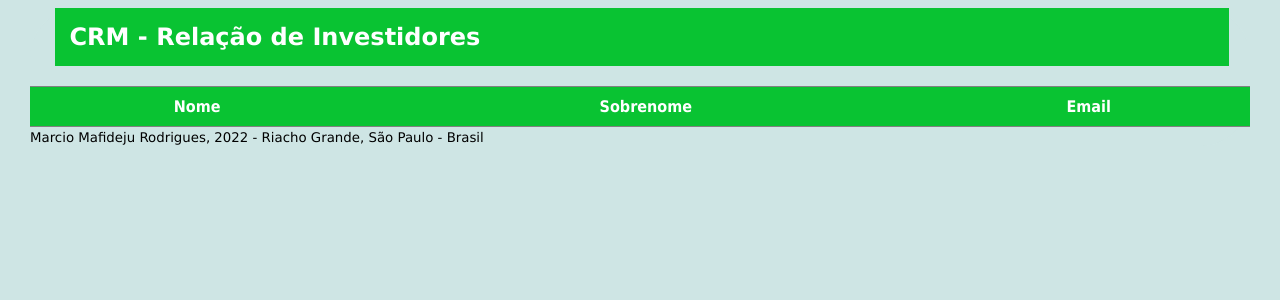
Repository: mafideju/CustomerTracker
Page: http://localhost/web-customer-tracker/WEB-INF/view/list-customers.jsp
An editor plug-in stored every save of this project. The page is shown before and after the next save, followed by the edit.
The browser window is 1280 px wide. The pictures show the whole page.
The page is served by Tomcat 9. Nobody is signed in. Other server files are loaded and not shown. The template is opened directly, without the code that normally fills it, so the values that code supplies are empty.

Above is the page before, as saved 2022-01-21 21:30:31.

### web-customer-tracker/WebContent/WEB-INF/view/list-customers.jsp
<%@ taglib uri="http://java.sun.com/jsp/jstl/core" prefix="c" %>

<!DOCTYPE html>
<html>
	<head>
		<title>Lista de Investidores</title>
		<link type="text/css" rel="stylesheet" href="${pageContext.request.contextPath}/resources/css/style.css">
	</head>

	<body>
		<main>

			<div id="wrapper"  style="display: flex; justify-content: center;">
				<div id="header">
					<h2>CRM - Relação de Investidores</h2>
				</div>
			</div>

			<div id="container">
				<div id="content">
					<table>
						<tr>
							<th>Nome</th>
							<th>Sobrenome</th>
							<th>Email</th>
						</tr>

						<c:forEach var="customer" items="${customers}">
							<tr>
								<td>${customer.firstName}</td>
								<td>${customer.lastName}</td>
								<td>${customer.email}</td>
							</tr>
						</c:forEach>

					</table>
				</div>
			</div>

		</main>
		<footer>
			<small>Marcio Mafideju Rodrigues, 2022 - Riacho Grande, São Paulo - Brasil</small>
		</footer>
	</body>
</html>

### web-customer-tracker/WebContent/resources/css/style.css
html, body{
	margin-left:15px; margin-right:15px;
	padding:0px;
	font-family:Verdana, Arial, Helvetica, sans-serif;
	background-color: #cee5e4;
	border-radius: 50px;
}

table {
	border-collapse:collapse;
	border-bottom:1px solid gray;
	font-family: Tahoma,Verdana,Segoe,sans-serif;
	width:100%;

}

th {
	border-bottom:1px solid gray;
	background:none repeat scroll 0 0 #09c332;
	padding:10px;
	color: #FFFFFF;
}

tr {
	border-top:1px solid gray;
	text-align:center;
}

tr:nth-child(even) {background: #FFFFFF}
tr:nth-child(odd) {background: #BBBBBB}

.add-button {
	border: 1px solid #666;
	border-radius: 5px;
	padding: 4px;
	font-size: 12px;
	font-weight: bold;
	width: 120px;
	padding: 5px 10px;
	margin-bottom: 15px;
	background: #cccccc;
}

#wrapper {width: 100%; margin-top: 0px; }
#header {width: 95%; background: #09c332; margin-left: 3px; padding:15px 0px 15px 15px;}
#header h2 {width: 100%; margin:auto; color: #FFFFFF;}
#container {width: 100%; margin:auto}
#container h3 {color: #000;}
#container #content {margin-top: 20px;}

After the next save:
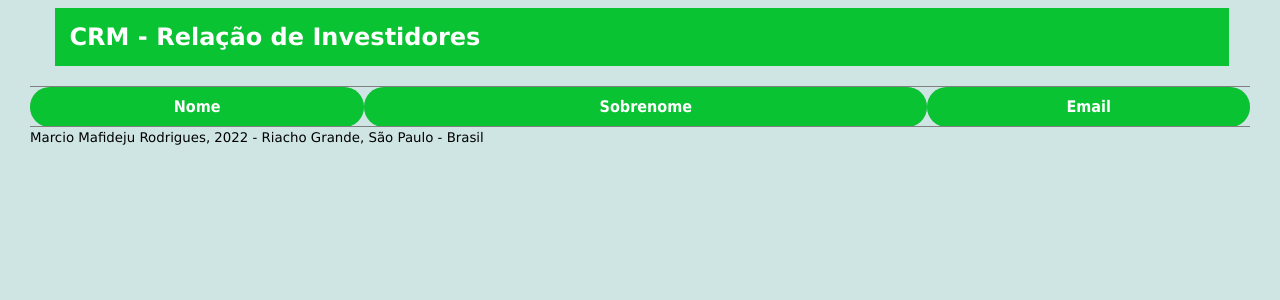
Saved 34 s later.
--- a/web-customer-tracker/WebContent/resources/css/style.css
+++ b/web-customer-tracker/WebContent/resources/css/style.css
@@ -3,7 +3,7 @@ html, body{
 	padding:0px;
 	font-family:Verdana, Arial, Helvetica, sans-serif;
 	background-color: #cee5e4;
-	border-radius: 50px;
+
 }
 
 table {
@@ -19,11 +19,13 @@ th {
 	background:none repeat scroll 0 0 #09c332;
 	padding:10px;
 	color: #FFFFFF;
+	border-radius: 50px;
 }
 
 tr {
 	border-top:1px solid gray;
 	text-align:center;
+	border-radius: 50px;
 }
 
 tr:nth-child(even) {background: #FFFFFF}
